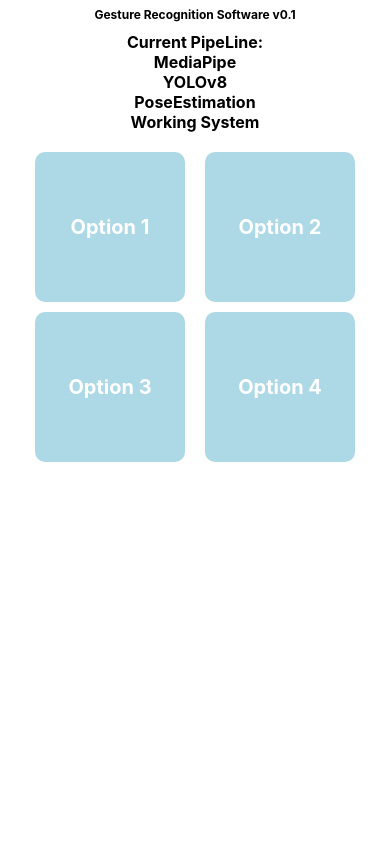
Repository: hajin-park/V-QUIP
Page: / (app in frontend/react-native-app/)
These files come from the project's save history. The page is drawn as it stood at one moment and after the next save; the edit follows.
The browser window is 390 px wide. The pictures show the whole page.
The app was drawn by React Native's web renderer in a window 390 px wide. The project was rebuilt for these pictures with package versions that can differ from the ones it lists, and the page was loaded fresh each time.

Above is the page before, as saved 2024-03-29 13:04:50.

After the next save:
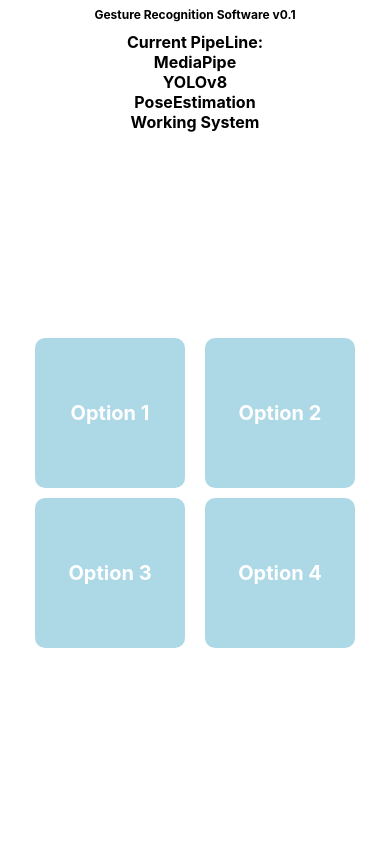
Saved 10 s later.
--- a/frontend/react-native-app/App.js
+++ b/frontend/react-native-app/App.js
@@ -64,7 +64,7 @@ const styles = StyleSheet.create({
   content: {
     flex: 1,
     //alignItems: 'center',
-    //justifyContent: 'center',
+    justifyContent: 'center',
   },
   row: {
     flexDirection: 'row',
